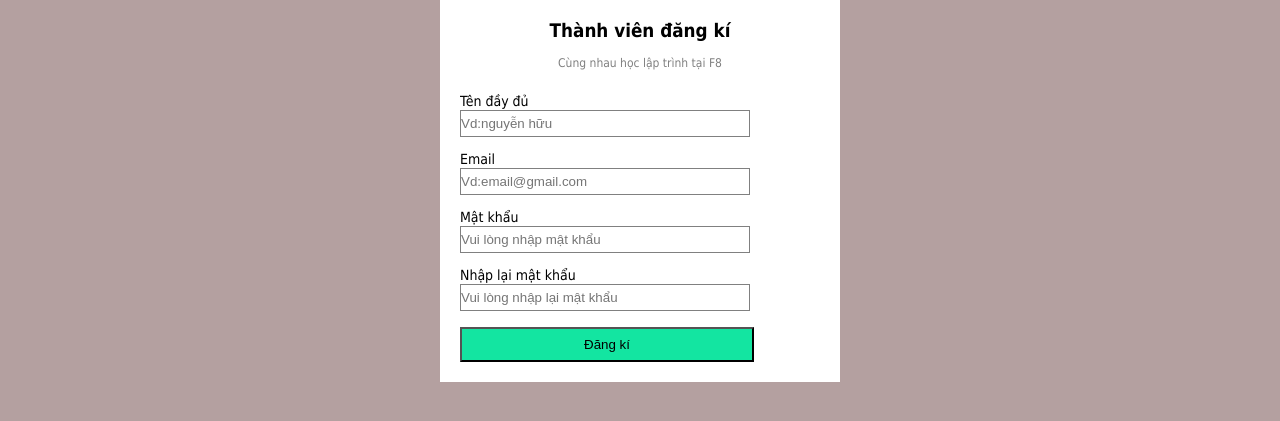
Repository: HuunvDev/Validator
Page: index.html
An editor plug-in stored every save of this project. The page is shown before and after the next save, followed by the edit.
The browser window is 1280 px wide. The pictures show the whole page.

Above is the page before, as saved 2022-08-20 09:44:43.

After the next save:
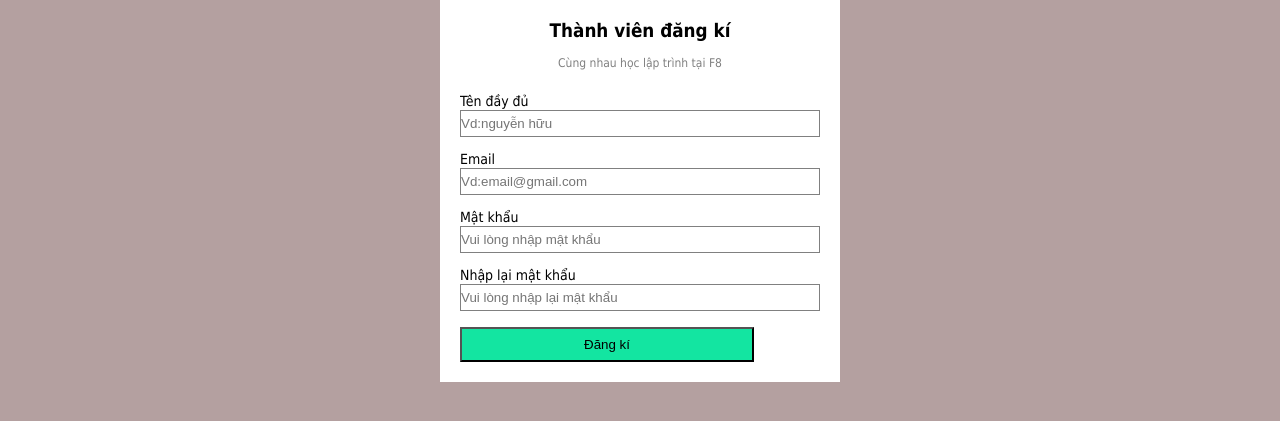
Saved 13 s later.
--- a/style.css
+++ b/style.css
@@ -34,7 +34,7 @@ label.form-lable {
     font-size: 14px;
 }
 input {
-    width: 290px;
+    width:100%;
     height: 27px;
     outline: none;
     border:1px solid grey;
